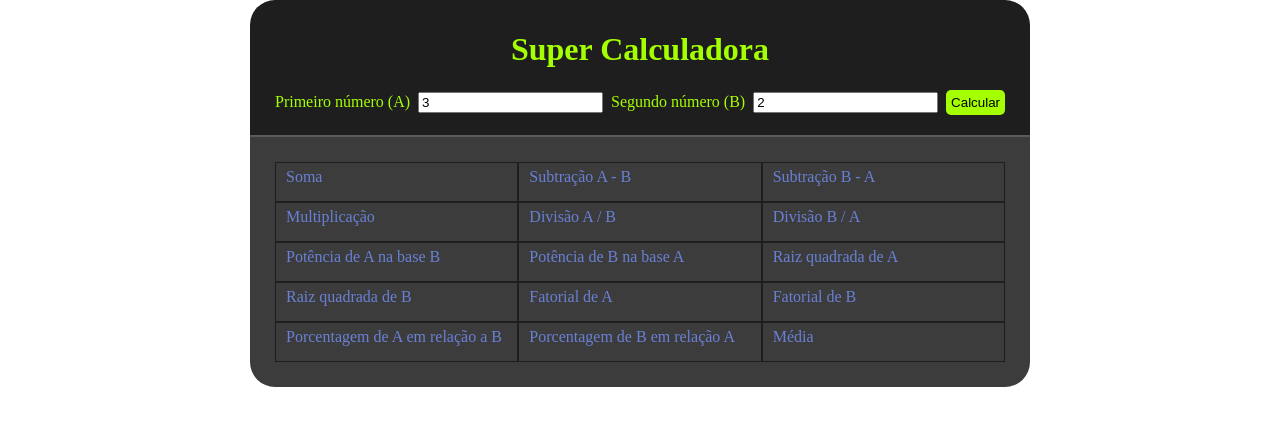
Repository: rrresck/supercalc-xpe
Page: index.html
These files come from the project's save history. The page is drawn as it stood at one moment and after the next save; the edit follows.
The browser window is 1280 px wide. The pictures show the whole page.

Above is the page before, as saved 2023-02-10 20:17:46.
Console error (its wording comes from the project's code and is left out).

### index.html
<!DOCTYPE html>
<html lang="en">
<head>
    <meta charset="UTF-8">
    <meta http-equiv="X-UA-Compatible" content="IE=edge">
    <meta name="viewport" content="width=device-width, initial-scale=1.0">
    <title>Super Calculadora - Projeto 2 - XP Educação</title>
    <link rel="stylesheet" href="styles.css">
    </head>
<body>
    <header>
        <h1>Super Calculadora</h1>
        <div class="flex inputNumbers">
            <label for="firstNumber">Primeiro número (A)</label>
            <input type="number" name="firstNumber" id="firstNumber" value="3">
            <label for="secondNumber">Segundo número (B)</label>
            <input type="number" name="secondNumber" id="secondNumber" value="2">
            <input type="button" id="calculateButton" value="Calcular" onClick="calculate()" />
        </div>
    </header>
    <main>
        <div class="flex">
            <div class="calculus">
                <p id="sumLabel">Soma</p>
                <p class="result" id="sum"></p>
            </div>
            <div class="calculus">
                <p id="minusLabel">Subtração A - B</p>
                <p class="result" id="minusA"></p>
            </div>
            <div class="calculus">
                <p id="minusLabel">Subtração B - A</p>
                <p class="result" id="minusB"></p>
            </div>
        </div>
        <div class="flex">
            <div class="calculus">
                <p id="multiplicationLabel">Multiplicação</p>
                <p class="result" id="multiplication"></p>
            </div>
            <div class="calculus">
                <p id="divisionLabel">Divisão A / B</p>
                <p class="result" id="divisionA"></p>
            </div>
            <div class="calculus">
                <p id="divisionLabel">Divisão B / A</p>
                <p class="result" id="divisionB"></p>
            </div>
        </div>
        <div class="flex">
            <div class="calculus">
                <p id="powerLabel">Potência de A na base B</p>
                <p class="result" id="powerA"></p>
            </div>
            <div class="calculus">
                <p id="powerLabel">Potência de B na base A</p>
                <p class="result" id="powerB"></p>
            </div>
            <div class="calculus">
                <p id="squareRootALabel">Raiz quadrada de A</p>
                <p class="result" id="squareRootA"></p>
            </div>
        </div>
        <div class="flex">
            <div class="calculus">
                <p id="squareRootBLabel">Raiz quadrada de B</p>
                <p class="result" id="squareRootB"></p>
            </div>
            <div class="calculus">
                <p id="factorialBLabel">Fatorial de A</p>
                <p class="result" id="factorialA"></p>
            </div>
            <div class="calculus">
                <p id="factorialBLabel">Fatorial de B</p>
                <p class="result" id="factorialB"></p>
            </div>
        </div>
        <div class="flex">
            <div class="calculus">
                <p id="percentageLabel">Porcentagem de A em relação a B</p>
                <p class="result" id="percentageA"></p>
            </div>
            <div class="calculus">
                <p id="percentageLabel">Porcentagem de B em relação A</p>
                <p class="result" id="percentageB"></p>
            </div>
            <div class="calculus">
                <p id="averageLabel">Média</p>
                <p class="result" id="average"></p>
            </div>
        </div>
    </main>

    <script src="app.js"></script>
</body>
</html>

### styles.css
body {
    max-width: 780px;
    margin: auto;
    border-radius: 25px;
}

header {
    background-color: rgb(30, 30, 30);
    padding: 10px 25px 20px;
    border-top-left-radius: 25px;
    border-top-right-radius: 25px;
    border-bottom: 2px solid rgb(90, 90, 90);
}

.inputNumbers {
    display: flex;
    align-items: center;

}

main {
    background-color: rgb(60, 60, 60);
    padding: 25px;
    border-bottom-left-radius: 25px;
    border-bottom-right-radius: 25px;
    display: flex;
    flex-direction: column;
    justify-content: center;
}

h1 {
    text-align: center;
    color: #a4ff00;
}

label {
    color: #a4ff00;
}

p {
    color: #6980d6;
    margin: 0;
}

#calculateButton {
    background-color: #a4ff00;
    padding: 5px;
    border: none;
    border-radius: 5px;
}

.flex {
    display: flex;
    flex-flow: row nowrap;
    justify-content: space-between;
    align-items: center;
}

.calculus {
    width: 240px;
    border: 1px solid rgb(30, 30, 30);
    padding: 5px 0 5px 10px;
}

.result {
    margin: 10px;
    color: white;
    font-size: 1.5em;
    background-color: #a4ff00;
}

### app.js
let sumRes = document.getElementById("sum");
let subtractARes = document.getElementById("minusA");
let subtractBRes = document.getElementById("MinusB");
let multiplicationRes = document.getElementById("multiplication");
let divisionARes = document.getElementById("divisionA");
let divisionBRes = document.getElementById("divisionB");
let powerARes = document.getElementById("powerA");
let powerBRes = document.getElementById("powerB");
let squareARes = document.getElementById("squareA");
let squareBRes = document.getElementById("squareB");
let factiorialARes = document.getElementById("factiorialA");
let factiorialBRes = document.getElementById("factiorialB");
let percentageARes = document.getElementById("percentageA");
let percentageBRes = document.getElementById("percentageB");
let averageRes = document.getElementById("average");

sumRe.innerHTML = 0;
subtractARes.innerHTML = 0;
subtractBRes.innerHTML = 0;
multiplicationRes.innerHTML = 0;
divisionARes.innerHTML = 0;
divisionBRes.innerHTML = 0;
powerARes.innerHTML = 0;
powerBRes.innerHTML = 0;
squareARes.innerHTML = 0;
squareBRes.innerHTML = 0;
factiorialARes.innerHTML = 0;
factiorialBRes.innerHTML = 0;
percentageARes.innerHTML = 0;
percentageBRes.innerHTML = 0;
averageRes.innerHTML = 0;

const sum = (a, b) => {
    sumRes.innerHTML = a + b;
}

const subtraction = (a, b) => {
    subtractARes.innerHTML = a - b;
    subtractBRes.innerHTML = b - a;
}

const multiplication = (a, b) => {
    multiplicationRes.innerHTML = a * b;
}

const division = (a, b) => {
    divisionARes.innerHTML = (a / b).toFixed(2);
    divisionBRes.innerHTML = (b / a).toFixed(2);
}

const power = (a, b) => {
    powerARes.innerHTML = Math.pow(a, b);
    powerBRes.innerHTML = Math.pow(b, a);
}

const squareRoot = (a, b) => {
    squareARes.innerHTML = Math.sqrt(a).toFixed(2);
    squareBRes.innerHTML = Math.sqrt(b).toFixed(2);
}

const factorial = (a, b) => {
    if (a < 19) {
        let factiorialAvalue = 1;

        for (var i = a; i > 1; 1--) {
            factiorialAvalue *= i;
            console.log('factorialAvalue', factiorialAvalue)
        }
        factiorialARes.innerHTML = factiorialAvalue;
    } else {
        factiorialARes = 'Valor MUITO grande';
    };

    if (b < 19) {
        let factiorialBvalue = 1;

        for (var i = b; i > 1; 1--) {
            factiorialBvalue *= i;
            console.log('factorialBvalue', factiorialBvalue)
        }
        factiorialBRes.innerHTML = factiorialBvalue;
    } else {
        factiorialBRes = 'Valor MUITO grande';
    };
}

const percentage = (a, b) => {
    percentageARes.innerHTML = ((b * 100)/a).toFixed(0) +'%';
    percentageBRes.innerHTML = ((a * 100)/b).toFixed(0) +'%';
}

const average = (a, b) => {
    averageRes.innerHTML = (a + b)/2;
}

const calculate = () => {
    let aInput = document.getElementById("firstNumber").value;
    let bInput = document.getElementById("secondNumber").value;

    let a = parseInt(aInput);
    let b = parseInt(bInput);

    sum(a, b);
    subtraction(a, b);
    multiplication(a, b);
    division(a, b);
    power(a, b);
    squareRoot(a, b);
    factorial(a, b);
    percentage(a, b);
    average(a, b);
}

After the next save:
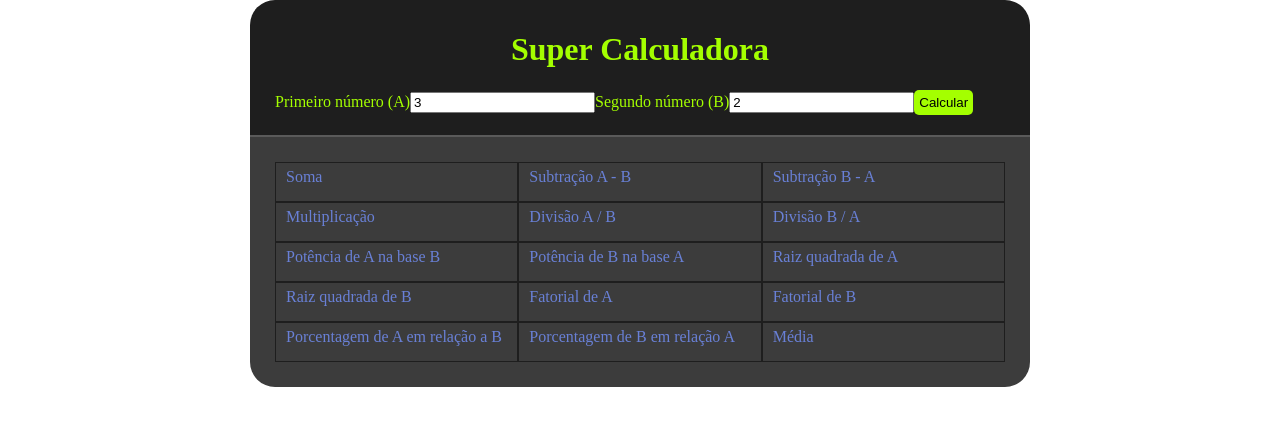
Saved 57 s later.
--- a/index.html
+++ b/index.html
@@ -10,7 +10,7 @@
 <body>
     <header>
         <h1>Super Calculadora</h1>
-        <div class="flex inputNumbers">
+        <div class="inputNumbers">
             <label for="firstNumber">Primeiro número (A)</label>
             <input type="number" name="firstNumber" id="firstNumber" value="3">
             <label for="secondNumber">Segundo número (B)</label>

After the save that followed:
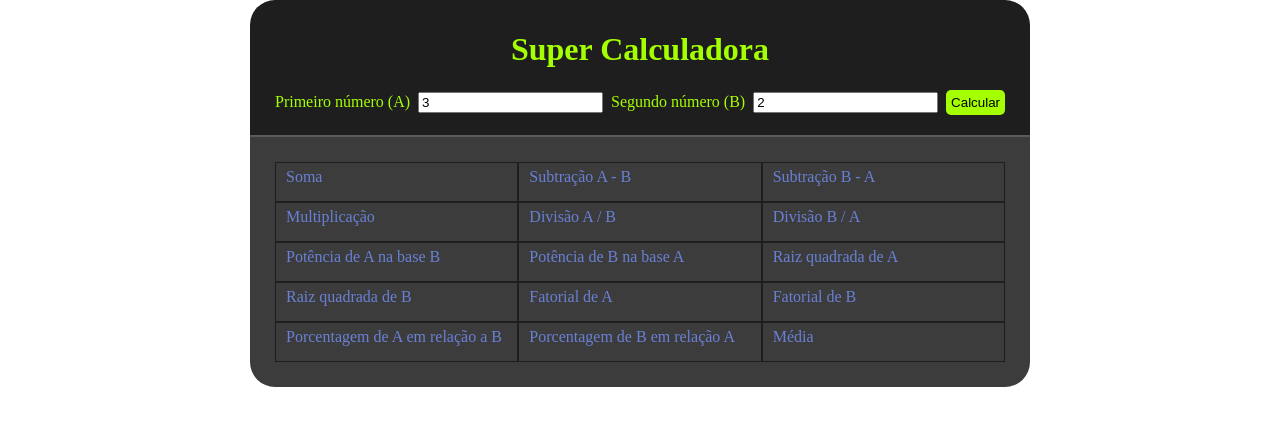
Saved 12 s later.
--- a/index.html
+++ b/index.html
@@ -10,7 +10,7 @@
 <body>
     <header>
         <h1>Super Calculadora</h1>
-        <div class="inputNumbers">
+        <div class="flex inputNumbers">
             <label for="firstNumber">Primeiro número (A)</label>
             <input type="number" name="firstNumber" id="firstNumber" value="3">
             <label for="secondNumber">Segundo número (B)</label>
